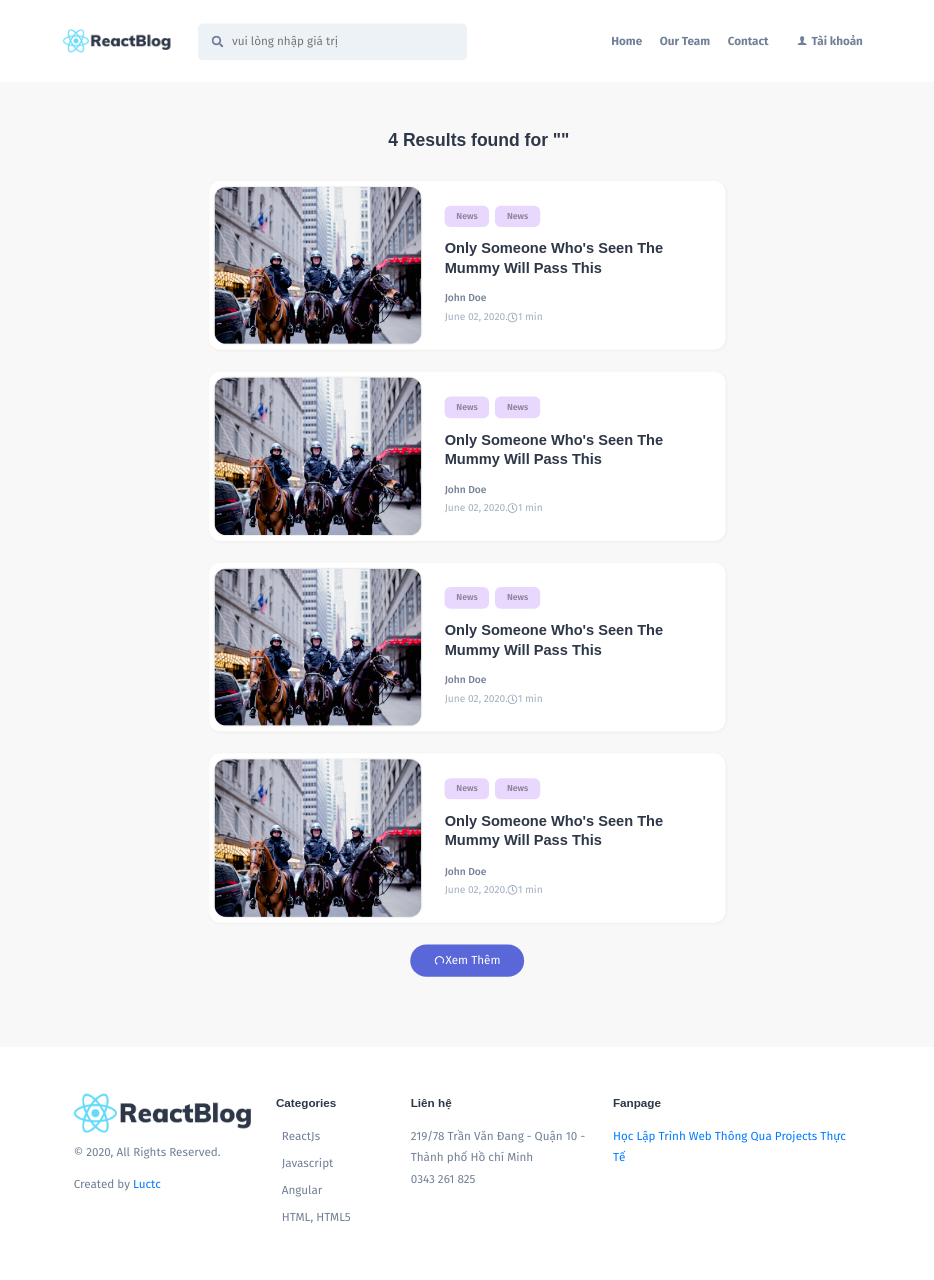
Repository: khuong30082000/Project-by-khuong
Page: /search
An editor plug-in stored every save of this project. The page is shown before and after the next save, followed by the edit.
The browser window is 1280 px wide. The pictures show the whole page, at 73% of full size.
The page's requests for data from a server got no answer. Some web fonts or font styles are not loaded; a fallback is used. The project was rebuilt for these pictures with package versions that can differ from the ones it lists, and the page was loaded fresh each time. No one was signed in, and anything a server would have sent is missing. Also part of the build but not shown: src/components/ArticleLatest/latest-news-list.css, src/components/ArticleItems/ArticleItemAvatar.js, src/components/ArticleItems/ArticleItemStats.js, src/components/ArticleItems/ArticleItemDesc.js, src/components/ArticleLatest/index.js, src/components/ArticlePopular/popular-news-list.css, src/components/ArticlePopular/index.js, src/components/ArticleList/index.js and 18 more.

Above is the page before, as saved 2022-04-11 20:10:57.

### public/index.html
<!DOCTYPE html>
<html lang="en">

<head>
  <meta charset="utf-8" />
  <link rel="icon" href="%PUBLIC_URL%/favicon.ico" />
  <meta name="viewport" content="width=device-width, initial-scale=1" />
  <meta name="theme-color" content="#000000" />
  <meta name="description" content="Web site created using create-react-app" />
  <link rel="apple-touch-icon" href="%PUBLIC_URL%/logo192.png" />
  <!--
      manifest.json provides metadata used when your web app is installed on a
      user's mobile device or desktop. See https://developers.google.com/web/fundamentals/web-app-manifest/
    -->
  <link rel="manifest" href="%PUBLIC_URL%/manifest.json" />
  <!--
      Notice the use of %PUBLIC_URL% in the tags above.
      It will be replaced with the URL of the `public` folder during the build.
      Only files inside the `public` folder can be referenced from the HTML.

      Unlike "/favicon.ico" or "favicon.ico", "%PUBLIC_URL%/favicon.ico" will
      work correctly both with client-side routing and a non-root public URL.
      Learn how to configure a non-root public URL by running `npm run build`.
    -->
  <link rel="stylesheet"
    href="https://fonts.googleapis.com/css2?family=Muli:ital,wght@0,500;0,600;0,700;1,400&display=swap">
  <link rel="stylesheet"
    href="https://fonts.googleapis.com/css2?family=Fira+Sans:ital,wght@0,300;0,400;0,500;0,600;0,700;1,400&display=swap">
  <link rel="stylesheet" href="http://code.ionicframework.com/ionicons/2.0.1/css/ionicons.min.css">
  <title>React Blog</title>
</head>

<body>
  <noscript>You need to enable JavaScript to run this app.</noscript>
  <div id="root"></div>
  <!--
      This HTML file is a template.
      If you open it directly in the browser, you will see an empty page.

      You can add webfonts, meta tags, or analytics to this file.
      The build step will place the bundled scripts into the <body> tag.

      To begin the development, run `npm start` or `yarn start`.
      To create a production bundle, use `npm run build` or `yarn build`.
    -->
</body>

</html>

### src/assets/css/main.css
html {
  font-size: 85%; }

img {
  max-width: 100%; }

a:hover {
  text-decoration: none; }

:focus {
  outline: none !important;
  box-shadow: none !important; }

body {
  font-family: "Fira Sans", sans-serif;
  font-size: 1rem;
  font-weight: normal;
  line-height: 1.8;
  -webkit-font-smoothing: antialiased;
  margin: 0px;
  text-decoration: none;
  color: #718096;
  background-color: #f8f8f8; }

.wrapper-content {
  margin: 0;
  min-width: 0;
  -webkit-flex-direction: column;
  -ms-flex-direction: column;
  flex-direction: column;
  min-height: 100vh;
  display: -webkit-box;
  display: -webkit-flex;
  display: -ms-flexbox;
  display: flex; }

.tcl-container {
  min-width: 0px;
  width: 100%;
  max-width: 1140px;
  padding-left: 1rem;
  padding-right: 1rem;
  margin: 0px auto; }
  @media screen and (min-width: 640px) {
    .tcl-container {
      padding-left: 2rem;
      padding-right: 2rem; } }

.tcl-row {
  margin-left: -1rem;
  margin-right: -1rem; }

.section {
  padding-top: 1rem;
  padding-bottom: 1rem; }
  @media screen and (min-width: 640px) {
    .section {
      padding-top: 2rem;
      padding-bottom: 2rem; } }

.spacing {
  padding-top: 1rem;
  padding-bottom: 1rem; }
  @media screen and (min-width: 640px) {
    .spacing {
      padding-top: 2rem;
      padding-bottom: 2rem; } }
  .spacing + .spacing {
    padding-top: 0; }

.bg-white {
  background-color: #fff; }

.bg-white-blue {
  background-color: #f0f8f8; }

.text-center {
  text-align: center; }

.text-right {
  text-align: right; }

.block-center {
  margin-left: auto;
  margin-right: auto; }

@media screen and (min-width: 640px) {
  html {
    font-size: 90%; }
  .container {
    padding-left: 2rem;
    padding-right: 2rem; } }

@media screen and (min-width: 768px) {
  html {
    font-size: 95%; } }

@media screen and (min-width: 1024px) {
  html {
    font-size: 100%; } }

### src/components/Header/header.css
#header {
    margin: 0;
    z-index: 99;
    min-width: 0;
    padding: 0 1rem;
    position: relative;
    background-color: #fff; }

  .header {
    height: 6rem;
    padding-top: 1rem;
    padding-bottom: 1rem;
    -webkit-box-pack: justify;
    -webkit-justify-content: space-between;
    -ms-flex-pack: justify;
    justify-content: space-between;
    -webkit-box-align: center;
    -webkit-align-items: center;
    -ms-flex-align: center;
    align-items: center; }
    @media screen and (min-width: 640px) {
      .header {
        height: 7rem;
        padding-top: 2rem;
        padding-bottom: 2rem; } }
    .header-logo {
      position: relative;
      overflow: hidden;
      display: inline-block;
      width: 150px;
      height: 35px;
      vertical-align: middle; }

    .header-nav {
      display: none; }
      .header-nav__lists {
        margin: 0;
        padding-left: 1rem;
        list-style: none;
        display: -webkit-box;
        display: -webkit-flex;
        display: -ms-flexbox;
        display: flex;
        -webkit-flex-wrap: wrap;
        -ms-flex-wrap: wrap;
        flex-wrap: wrap;
        -webkit-box-orient: horizontal;
        -webkit-box-direction: normal;
        -webkit-flex-direction: row;
        -ms-flex-direction: row;
        flex-direction: row;
        -webkit-box-pack: end;
        -webkit-justify-content: flex-end;
        -ms-flex-pack: end;
        justify-content: flex-end; }
        .header-nav__lists > li {
          margin: 0;
          margin-left: 0.5rem;
          margin-right: 0.5rem; }
          .header-nav__lists > li a {
            display: block;
            font-weight: 700;
            color: #718096;
            padding: 0.25rem; }
          .header-nav__lists > li ul {
            position: absolute;
            width: 200px;
            background-color: #fff;
            box-shadow: 1px 1px 5px 1px rgba(0, 0, 0, 0.2);
            border-radius: 0.5rem;
            list-style: none;
            padding: 0.5rem 0;
            opacity: 0;
            pointer-events: none;
            transition: all 0.3s ease; }
            .header-nav__lists > li ul li {
              padding: 0rem 1rem; }
          .header-nav__lists > li > ul {
            top: 100%;
            right: 0; }
            .header-nav__lists > li > ul ul {
              top: 0;
              right: 100%; }
        .header-nav__lists li {
          position: relative; }
          .header-nav__lists li:hover > a,
          .header-nav__lists li:hover > a:active,
          .header-nav__lists li:hover > a:visited {
            color: #5a67d8;
            text-decoration: none; }
          .header-nav__lists li:hover > ul {
            opacity: 1;
            pointer-events: auto; }
        .header-nav__lists .user a {
          max-width: 120px;
          white-space: nowrap;
          overflow: hidden;
          text-overflow: ellipsis; }
        .header-nav__lists .user .icons {
          margin-right: 3px; }
      @media screen and (min-width: 640px) {
        .header-nav {
          display: -webkit-box;
          display: -webkit-flex;
          display: -ms-flexbox;
          display: flex;
          -webkit-box-pack: end;
          -webkit-justify-content: flex-end;
          -ms-flex-pack: end;
          justify-content: flex-end; } }

### src/components/Footer/footer.css
.footer {
    padding-top: 4rem;
    padding-bottom: 4rem; }
    .footer-logo {
      padding-bottom: 0.25rem;
      margin-bottom: 0.5rem; }
    .footer-title {
      color: #2d3748;
      font-weight: 700;
      font-size: 1.1rem;
      margin-top: 2rem;
      font-family: 'Muli',sans-serif; }
      @media screen and (min-width: 768px) {
        .footer-title {
          font-size: 1rem; } }
    .footer-content__list {
      margin: 0;
      padding: 0;
      list-style: none; }
      .footer-content__list > li a {
        color: #718096;
        margin-left: 0.5rem;
        margin-right: 0.5rem;
        margin-bottom: 0.5rem;
        display: inline-block; }
        .footer-content__list > li a:hover {
          color: 5a67d8; }

  .footer-facebook .fb_iframe_widget {
    width: 100%;
    overflow: hidden; }

  @media screen and (min-width: 576px) {
    .footer .tcl-col-sm-6:nth-child(2) .footer-title {
      margin-top: 0; }
    .footer .tcl-col-md-4:nth-child(3) .footer-title {
      margin-top: 0; }
    .footer .tcl-col-lg-4:last-child .footer-title {
      margin-top: 0; } }

### src/components/ArticleItems/index.js
import "./article-item.css"
import cls from 'classnames'
import ArticleItemThumb from './ArticleItemThumb'
import ArticleItemTitle from './ArticleItemTitle'
import ArticleItemInfo from './ArticleItemInfo'
import ArticleItemCategory from './ArticleItemCategory'
import ArticleItemStats from './ArticleItemStats'
import ArticleItemDesc from './ArticleItemDesc'
function ArticleItems({isStyleCard = false,isStyleRow = false,isShowDesc=false,isShowCategory = false,isShowStats= false,isShowAvatar=true,items}) {

  const classes = cls('article-item',{
    'style-card':isStyleCard,
    'style-row':isStyleRow,
  })
  return (
    <article className={classes}>
      <ArticleItemThumb />
      <div className="article-item__content">
      {isShowCategory && <ArticleItemCategory />}
      {isShowStats && <ArticleItemStats />}
      <ArticleItemTitle />
      {isShowDesc && <ArticleItemDesc />}
      <ArticleItemInfo isShowAvatar={isShowAvatar} />
      </div>
    </article>
  );
}

export default ArticleItems;

### src/components/shared/Input/input.css
.form-control {
  position: relative;
  margin-bottom: 1.25rem;
}
.form-control input {
  box-sizing: border-box;
  margin: 0;
  min-width: 0;
  display: block;
  width: 100%;
  padding: 0.5rem 1rem;
  -webkit-appearance: none;
  -moz-appearance: none;
  appearance: none;
  font-size: inherit;
  line-height: inherit;
  border: 1px solid;
  border-radius: 4px;
  color: inherit;
  background-color: transparent;
  border: none;
  background-color: #edf2f7;
  outline: none;
}
.form-control .toggle-password {
  right: 0;
  bottom: 0;
  z-index: 2;
  padding: 0.5rem 1rem;
  cursor: pointer;
  position: absolute;
}
.form-control .toggle-password:hover {
  color: #5a67d8;
}
.form-control .toggle-password + input {
  padding-right: 3rem;
}
.input-search {
  display: none;
  -webkit-box-align: center;
  -webkit-align-items: center;
  -ms-flex-align: center;
  align-items: center;
  top: 2rem;
  left: 50%;
  z-index: 99;
  background-color: #edf2f7;
  transform: translate(0px, 0px);
  padding-left: 1rem;
  padding-right: 1rem;
  border-radius: 0.5rem;
  border: 3px solid transparent;
}
.input-search__input {
  display: block;
  width: 100%;
  -webkit-appearance: none;
  font-size: inherit;
  line-height: inherit;
  color: inherit;
  background-color: transparent;
  margin: 0px 0px 0px 0.25rem;
  padding: 0.5rem;
  border-radius: 4px;
  border: 0;
  outline: none;
}
@media screen and (min-width: 768px) {
  .input-search {
    display: -webkit-box;
    display: -webkit-flex;
    display: -ms-flexbox;
    display: flex;
  }
}

### src/components/shared/Button/button.css
.btn {
  font-size: 0.75rem;
  font-weight: 700;
  white-space: nowrap;
  border-radius: 2px;
  display: inline-block;
  border-radius: 0.5rem;
  font-weight: 600;
  padding: 0.25rem 1rem;
  -webkit-transition: all 250ms ease;
  transition: all 250ms ease;
  border: 0; }
  .btn-default {
    color: #718096;
    background-color: #e2e8f0; }
    .btn-default:hover {
      color: #fff;
      background-color: #717171; }
  .btn-primary {
    color: #fff;
    background-color: #5a67d8; }
    .btn-primary:hover {
      color: #fff;
      background-color: #717171; }
  .btn-category {
    background-color: #e9d8fd;
    color: rgba(0, 0, 0, 0.4); }
    .btn-category:hover {
      color: #e2e8f0;
      background-color: #718096; }
  .btn-size-large {
    font-size: 1rem;
    padding: 0.5rem 2rem;
    font-weight: 400;
    border-radius: 9999px; }
  .btn svg {
    height: 1em; }

### src/components/ArticleItems/article-item.css
.articles-list .tcl-row > [class^="tcl-col-"] {
  margin-bottom: 30px; }

.articles-list .tcl-row .article-item {
  height: 100%; }

.article-item {
  position: relative;
  box-shadow: rgba(1, 1, 1, 0.05) 1px 1px 5px 0px;
  background-color: #fff;
  border-radius: 1rem;
  overflow: hidden;
  display: -webkit-box;
  display: -webkit-flex;
  display: -ms-flexbox;
  display: flex;
  -webkit-box-orient: horizontal;
  -webkit-box-direction: normal;
  -webkit-flex-direction: row;
  -ms-flex-direction: row;
  flex-direction: row;
  -webkit-box-align: stretch;
  -webkit-align-items: stretch;
  -ms-flex-align: stretch;
  align-items: stretch; }
  .article-item__thumbnail {
    flex-basis: 33.3333%;
    max-width: 33.3333%;
    position: relative;
    border-radius: 1rem;
    overflow: hidden;
    margin: 0.5rem 0 0.5rem; }
    .article-item__thumbnail::before {
      content: '';
      display: block;
      padding-top: 130%; }
    .article-item__thumbnail a, .article-item__thumbnail img {
      display: block;
      position: absolute;
      top: 0;
      left: 0;
      right: 0;
      bottom: 0; }
    .article-item__thumbnail img {
      width: 100%;
      height: 100%;
      object-fit: cover;
      object-position: center; }
    @media screen and (min-width: 640px) {
      .article-item__thumbnail {
        flex-basis: 100%;
        max-width: 100%;
        margin: 0; } }
  .article-item__content {
    flex: 1 1 0%;
    padding: 1rem;
    position: relative;
    display: -webkit-box;
    display: -webkit-flex;
    display: -ms-flexbox;
    display: flex;
    -webkit-box-orient: vertical;
    -webkit-box-direction: normal;
    -webkit-flex-direction: column;
    -ms-flex-direction: column;
    flex-direction: column;
    -webkit-box-pack: center;
    -webkit-justify-content: center;
    -ms-flex-pack: center;
    justify-content: center; }
    @media screen and (min-width: 640px) {
      .article-item__content {
        height: 100%;
        width: 100%;
        position: absolute;
        z-index: 3;
        padding: 2rem;
        background: linear-gradient(0deg, #2d3748, 70%, transparent 100%); } }
  .article-item__title {
    margin: 0;
    padding: 0; }
    .article-item__title > a {
      font-family: Muli, sans-serif;
      line-height: 1.33;
      display: block;
      color: #2d3748;
      font-weight: bold;
      font-size: 1.25rem;
      margin: 0px 0px 1rem; }
      @media screen and (min-width: 640px) {
        .article-item__title > a {
          color: #edf2f7;
          font-size: 1.5rem;
          text-shadow: 1px 1px 2px #2d3748;
          margin-top: auto; } }
    @media screen and (min-width: 640px) {
      .article-item__title {
        margin-top: auto; } }
  .article-item__desc {
    font-size: 0.875rem;
    margin: 0px 0px 1rem;
    flex: 1 1 auto; }
  .article-item__categories {
    margin: 0 0 0.5rem;
    padding: 0;
    list-style: none;
    display: -webkit-box;
    display: -webkit-flex;
    display: -ms-flexbox;
    display: flex;
    -webkit-flex-wrap: wrap;
    -ms-flex-wrap: wrap;
    flex-wrap: wrap; }
    .article-item__categories > li {
      margin: 0px 0.5rem 0.5rem 0; }
      .article-item__categories > li:last-child {
        margin-right: 0; }
  .article-item__stats {
    list-style: none;
    margin: 0;
    padding: 0.25rem 0;
    position: absolute;
    top: 1rem;
    right: 1rem; }
    @media screen and (min-width: 640px) {
      .article-item__stats {
        top: 2rem;
        right: 2rem; } }
    .article-item__stats li {
      font-size: 0; }
      .article-item__stats li .icons {
        margin-right: 0.2rem; }
        .article-item__stats li .icons::before {
          font-size: 1rem; }
      .article-item__stats li .text {
        font-size: 0.75rem; }
      .article-item__stats li .icons, .article-item__stats li .text {
        display: inline-block;
        vertical-align: middle; }
  .article-item__info {
    font-size: 0.875rem;
    display: -webkit-box;
    display: -webkit-flex;
    display: -ms-flexbox;
    display: flex;
    -webkit-box-align: center;
    -webkit-align-items: center;
    -ms-flex-align: center;
    align-items: center; }
    .article-item__info-right {
      color: #a0aec0;
      flex: 1 1 0%;
      display: -webkit-box;
      display: -webkit-flex;
      display: -ms-flexbox;
      display: flex;
      -webkit-flex-wrap: wrap;
      -ms-flex-wrap: wrap;
      flex-wrap: wrap;
      -webkit-box-pack: justify;
      -webkit-justify-content: space-between;
      -ms-flex-pack: justify;
      justify-content: space-between; }
  .article-item__author-image {
    width: 48px;
    height: 48px;
    background-color: #e2e8f0;
    display: none;
    vertical-align: middle;
    opacity: 0.9;
    margin: 0px 1rem 0px 0px;
    border-radius: 100%;
    overflow: hidden; }
    .article-item__author-image a, .article-item__author-image img {
      display: block;
      width: 100%;
      height: 100%;
      object-fit: cover; }
    .article-item__author-image:hover {
      opacity: 1; }
    @media screen and (min-width: 640px) {
      .article-item__author-image {
        display: inline-block; } }
  .article-item__author-name {
    flex-basis: 100%;
    padding-right: 0.5rem; }
    .article-item__author-name a {
      color: #718096;
      user-select: none;
      margin: 0px; }
    .article-item__author-name strong {
      font-weight: 500; }
    @media screen and (min-width: 640px) {
      .article-item__author-name {
        padding-right: 0px; }
        .article-item__author-name a, .article-item__author-name a:visited {
          color: #fff; } }
  .article-item__datetime {
    white-space: nowrap;
    text-overflow: ellipsis;
    display: -webkit-box;
    display: -webkit-flex;
    display: -ms-flexbox;
    display: flex;
    -webkit-box-align: center;
    -webkit-align-items: center;
    -ms-flex-align: center;
    align-items: center; }
    .article-item__datetime .time {
      display: inline-block; }
      .article-item__datetime .time::before {
        content: ' . ';
        display: inline-block; }
  .article-item.style-card {
    background-color: #fff;
    transition: all 250ms ease 0s; }
    .article-item.style-card:hover {
      transform: translateY(-0.25rem);
      box-shadow: rgba(46, 41, 51, 0.08) 0px 2px 4px, rgba(71, 63, 79, 0.16) 0px 5px 10px; }
    .article-item.style-card .article-item__thumbnail {
      flex-basis: 40%;
      max-width: 40%;
      margin: 0.5rem 0px 0.5rem 0.5rem;
      box-shadow: 0px 0px 2px 0 rgba(0, 0, 0, 0.3); }
      .article-item.style-card .article-item__thumbnail::before {
        padding-top: 76%; }
    .article-item.style-card .article-item__content {
      position: relative;
      width: auto;
      height: auto;
      background: transparent; }
    .article-item.style-card .article-item__title {
      margin-top: 0; }
      .article-item.style-card .article-item__title > a {
        color: #2d3748;
        font-size: 1.25rem;
        text-shadow: none; }
    .article-item.style-card .article-item__author-name a,
    .article-item.style-card .article-item__author-name a:visited {
      color: #718096; }
    @media screen and (max-width: 480px) {
      .article-item.style-card {
        -webkit-box-align: stretch;
        -webkit-align-items: stretch;
        -ms-flex-align: stretch;
        align-items: stretch;
        -webkit-box-orient: vertical;
        -webkit-box-direction: normal;
        -webkit-flex-direction: column;
        -ms-flex-direction: column;
        flex-direction: column; }
        .article-item.style-card .article-item__thumbnail {
          flex-basis: 100%;
          max-width: 100%;
          margin: 0.5rem 0.5rem 0px; } }
    @media screen and (min-width: 768px) {
      .article-item.style-card.style-row {
        height: 100%;
        -webkit-box-align: stretch;
        -webkit-align-items: stretch;
        -ms-flex-align: stretch;
        align-items: stretch;
        -webkit-box-orient: vertical;
        -webkit-box-direction: normal;
        -webkit-flex-direction: column;
        -ms-flex-direction: column;
        flex-direction: column; }
        .article-item.style-card.style-row .article-item__thumbnail {
          flex-basis: 100%;
          max-width: 100%;
          margin: 0.5rem 0.5rem 0px; } }
  @media screen and (min-width: 640px) {
    .article-item {
      background-color: transparent; } }

### src/components/shared/MainTitle/main-title.css
.main-title h2 {
  font-family: Muli, sans-serif;
  line-height: 1.33;
  color: #2d3748;
  font-weight: bold;
  font-size: 1.5rem;
  position: relative;
  text-align: center; }
  @media screen and (min-width: 640px) {
    .main-title h2 {
      text-align: left;
      padding-left: 2rem; }
      .main-title h2::before {
        background-color: #e2e8f0;
        content: "";
        position: absolute;
        height: 100%;
        width: 5px;
        top: 0px;
        left: 0px;
        border-radius: 100%; } }

.main-title.tcl-jc-between h2 {
  text-align: left; }

.main-title.main-title__search h2 {
  text-align: center; }
  .main-title.main-title__search h2::before {
    content: none; }

Loaded but not shown: src/assets/libs/bootstrap4/bootstrap-tcl.css (library); src/reportWebVitals.js (common file); src/components/Footer/index.js (62 lines, source omitted); src/pages/SearchPage.js (49 lines, source omitted); src/components/Header/HeaderMenus.js (63 lines, source omitted); src/components/ArticleItems/ArticleItemInfo.js (35 lines, source omitted); src/components/shared/Input/index.js (42 lines, source omitted); src/App.js (40 lines, source omitted); src/components/Header/HeaderSearch.js (34 lines, source omitted); src/components/shared/IconLoading.js (33 lines, source omitted); src/components/shared/Button/index.js (28 lines, source omitted); src/index.js (22 lines, source omitted); src/components/shared/IconSearch.js (10 lines, source omitted); src/store/Post/action.js (27 lines, source omitted); src/components/shared/MainTitle/index.js (17 lines, source omitted); src/components/Header/index.js (21 lines, source omitted); src/store/Post/reducer.js (19 lines, source omitted); src/store/index.js (11 lines, source omitted); src/helpers/index.js (13 lines, source omitted); src/components/Header/HeaderLogo.js (15 lines, source omitted); src/services/post.js (20 lines, source omitted); src/components/ArticleItems/ArticleItemCategory.js (10 lines, source omitted); src/components/ArticleItems/ArticleItemThumb.js (12 lines, source omitted); src/components/ArticleItems/ArticleItemTitle.js (12 lines, source omitted); src/services/api.js (10 lines, source omitted); src/store/Auth/reducer.js (10 lines, source omitted); src/constants/index.js (1 lines, source omitted); src/components/ArticleList/article-item.css (274 lines, source omitted)

After the next save:
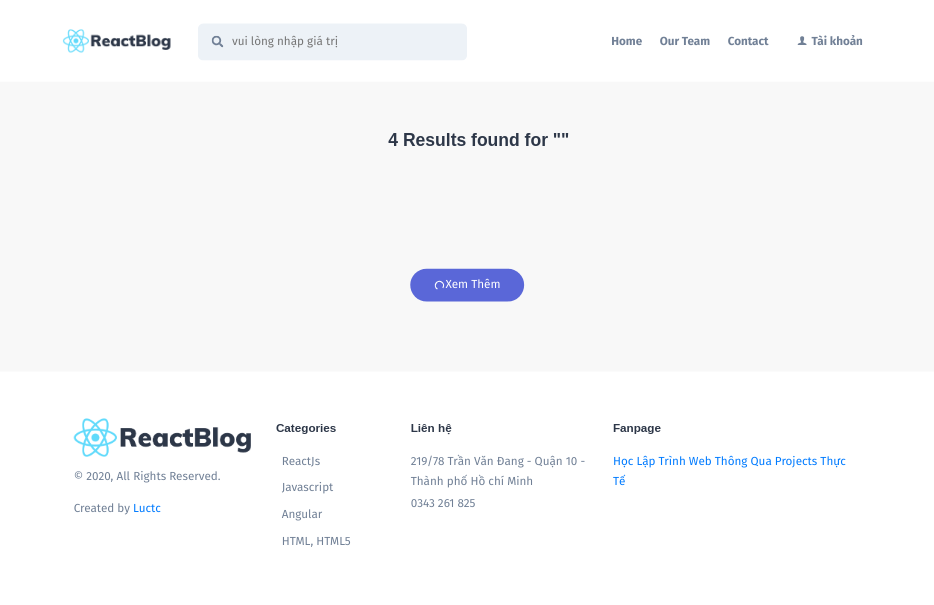
Saved 31 s later.
--- a/src/components/ArticleItems/index.js
+++ b/src/components/ArticleItems/index.js
@@ -12,6 +12,9 @@ function ArticleItems({isStyleCard = false,isStyleRow = false,isShowDesc=false,i
     'style-card':isStyleCard,
     'style-row':isStyleRow,
   })
+  if(!items) {
+    return null
+  }
   return (
     <article className={classes}>
       <ArticleItemThumb />
